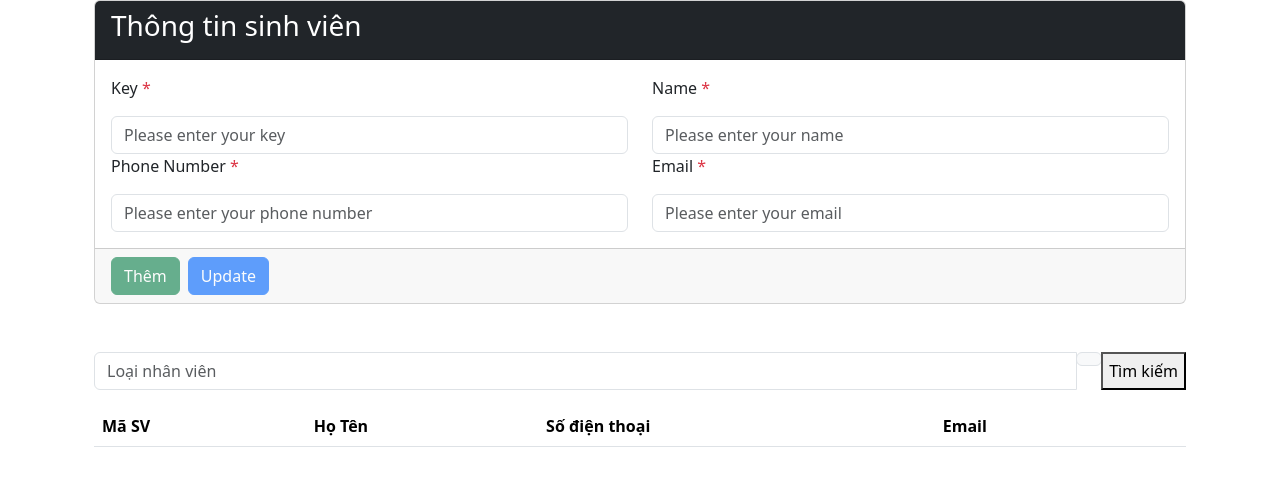
Repository: KhoiNguyen77/BT_REACT_FORM
Page: /
These files come from the project's save history. The page is drawn as it stood at one moment and after the next save; the edit follows.
The browser window is 1280 px wide. The pictures show the whole page.
The project was rebuilt for these pictures with package versions that can differ from the ones it lists, and the page was loaded fresh each time.

Above is the page before, as saved 2023-05-29 08:47:31.

After the next save:
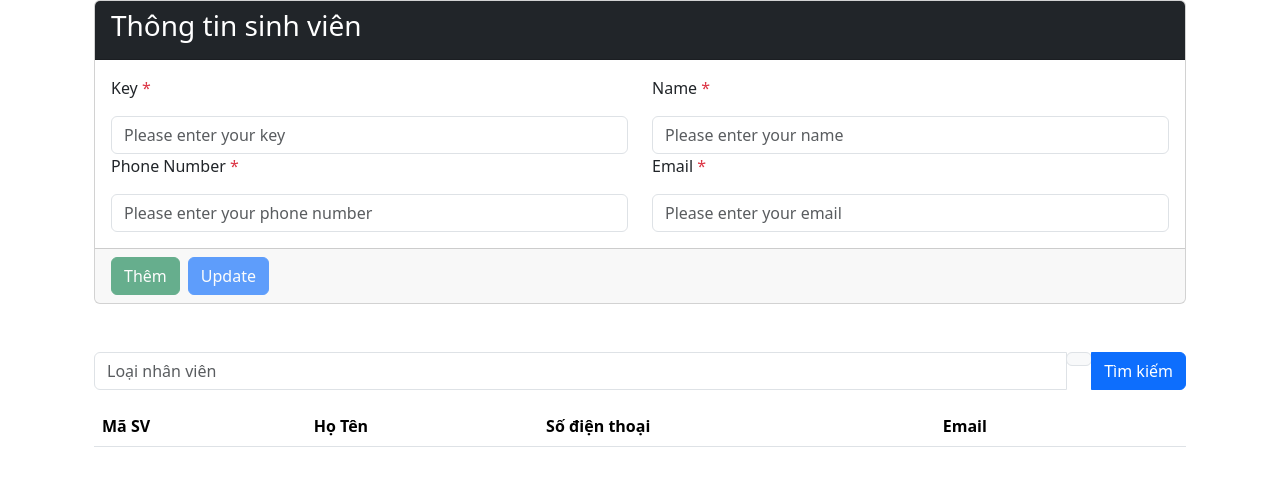
Saved 10 s later.
--- a/src/FormComponent/TableField.jsx
+++ b/src/FormComponent/TableField.jsx
@@ -22,7 +22,7 @@ export default class TableField extends Component {
                             <div class="input-group-prepend">
                                 <span class="input-group-text" id="btnTimNV"><i class="fa fa-search"></i></span>
                             </div>
-                            <button>Tìm kiếm</button>
+                            <button className='btn btn-primary'>Tìm kiếm</button>
                         </div>
                     </div>
                 </div>
